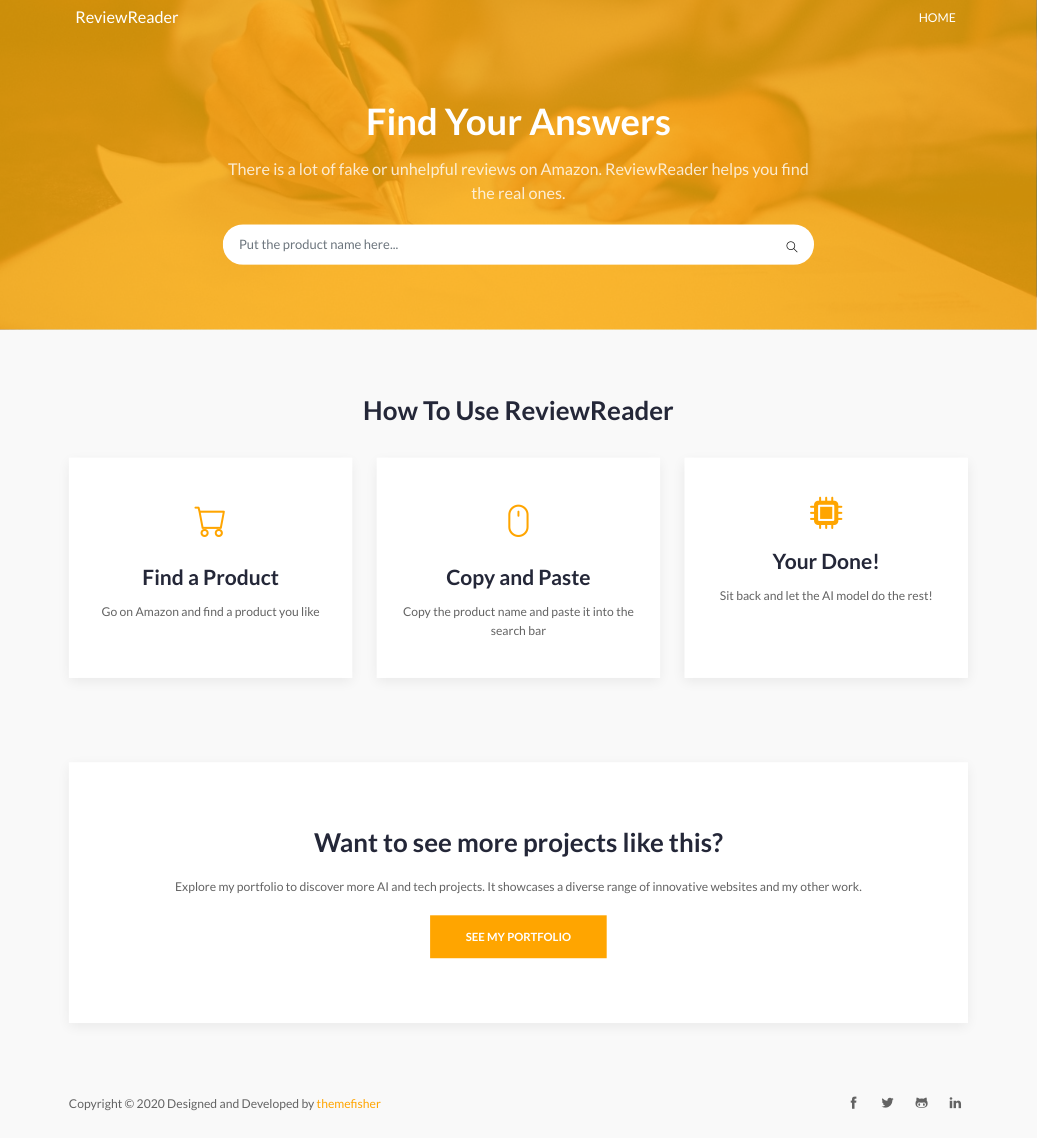
Repository: AlexThyCoolest/ReviewReader
Page: http://localhost/
These files come from the project's save history. The page is drawn as it stood at one moment and after the next save; the edit follows.
The browser window is 1280 px wide. The pictures show the whole page, at 81% of full size.
The page is served by the project's application, run on Flask 3 (main.py).

Above is the page before, as saved 2024-07-23 13:56:50.

### OYT/templates/index.html
<!DOCTYPE html>
<html lang="en-us">

<head>
    <meta charset="utf-8">
    <title>ReviewReader</title>
    <meta name="viewport" content="width=device-width, initial-scale=1, maximum-scale=1">

    <!-- theme meta -->
    <meta name="theme-name" content="dot" />

    <!-- ** CSS Plugins Needed for the Project ** -->

    <!-- Bootstrap -->
    <link rel="stylesheet" href="static/plugins/bootstrap/bootstrap.min.css">
    <!-- themefy-icon -->
    <link rel="stylesheet" href="static/plugins/themify-icons/themify-icons.css">
    <!--Favicon-->
    <link rel="icon" href="images/favicon.png" type="image/x-icon">
    <!-- fonts -->
    <link href="https://fonts.googleapis.com/css?family=Lato:300,400,700&display=swap" rel="stylesheet">
    <link rel="stylesheet" href="https://cdnjs.cloudflare.com/ajax/libs/font-awesome/6.0.0-beta3/css/all.min.css">
    <link rel="stylesheet" href="https://cdn.jsdelivr.net/npm/bootstrap-icons@1.11.3/font/bootstrap-icons.min.css">
    <!-- Main Stylesheet -->
    <link href="static/assets/style.css" rel="stylesheet" media="screen" />
    <style>
        :root {
            --primary-color: #FFA500;
            /* Yellow-Orange */
        }

        .btn-primary,
        .bg-primary {
            background-color: var(--primary-color) !important;
            border-color: var(--primary-color) !important;
        }

        .text-primary {
            color: var(--primary-color) !important;
        }
    </style>
</head>

<body>
    <!-- header -->
    <header class="banner overlay bg-cover" data-background="images/banner.jpg">
        <nav class="navbar navbar-expand-md navbar-dark p-50">
            <div class="container">
                <a class="navbar-brand px-2" href="/">ReviewReader</a>
                <button class="navbar-toggler border-0" type="button" data-toggle="collapse" data-target="#navigation"
                    aria-controls="navigation" aria-expanded="false" aria-label="Toggle navigation">
                    <span class="navbar-toggler-icon"></span>
                </button>

                <div class="collapse navbar-collapse text-center" id="navigation">
                    <ul class="navbar-nav ml-auto">
                        <li class="nav-item">
                            <a class="nav-link text-dark" href="/">Home</a>
                        </li>
                        </li>
                    </ul>
                </div>
            </div>
        </nav>
        <!-- banner -->
        <div class="container section">
            <div class="row">
                <div class="col-lg-8 text-center mx-auto">
                    <h1 class="text-white mb-3">Find Your Answers</h1>
                    <p class="text-white mb-4">There is a lot of fake or unhelpful reviews on Amazon. ReviewReader helps
                        you find the real ones.</p>
                    <div class="position-relative">
                        <form action="/loading" method="post">
                            <input id="product_name" name="product_name" type="text" class="form-control"
                                placeholder="Put the product name here...">
                            <button type="submit" class="search-icon p-0" style="background:white; border:none;"><i
                                    class="ti-search"></i></button>
                        </form>
                    </div>
                </div>
            </div>
        </div>
        <!-- /banner -->
    </header>
    <!-- /header -->

    <!-- topics -->
    <section class="section">
        <div class="container">
            <div class="row justify-content-center">
                <div class="col-12 text-center">
                    <h2 class="section-title">How To Use ReviewReader </h2>
                </div>
                <!-- topic-item -->
                <div class="col-lg-4 col-sm-6 mb-4">
                    <div class="px-4 py-5 bg-white shadow text-center d-block match-height" style="height: 100%;">
                        <i class="bi bi-cart icon text-primary d-block mb-4"></i>
                        <h3 class="mb-3 mt-0">Find a Product</h3>
                        <p class="mb-0">Go on Amazon and find a product you like</p>
                    </div>
                </div>
                <div class="col-lg-4 col-sm-6 mb-4">
                    <div class="px-4 py-5 bg-white shadow text-center d-block match-height" style="height: 100%;">
                        <i class="bi bi-mouse icon text-primary d-block mb-4"></i>
                        <h3 class="mb-3 mt-0">Copy and Paste</h3>
                        <p class="mb-0">Copy the product name and paste it into the search bar</p>
                    </div>
                </div>
                <div class="col-lg-4 col-sm-6 mb-4">
                    <div class="px-4 py-5 bg-white shadow text-center d-block match-height" style="height: 100%;">
                        <i class="fa-solid fa-microchip icon text-primary d-block mb-4"></i>
                        <h3 class="mb-3 mt-0">Your Done!</h3>
                        <p class="mb-0">Sit back and let the AI model do the rest!</p>
                    </div>
                </div>
            </div>
        </div>
    </section>
    <!-- /topics -->

    <!-- call to action -->
    <section>
        <div class="container">
            <div class="row">
                <div class="col-12">
                    <div class="section px-3 bg-white shadow text-center">
                        <h2 class="mb-4">Want to see more projects like this?</h2>
                        <p class="mb-4">Explore my portfolio to discover more AI and tech projects. It showcases a
                            diverse range of innovative websites and my other work.</p>
                        <a href="https:/alexagboola.com" class="btn btn-primary">See My Portfolio</a>
                    </div>
                </div>
            </div>
        </div>
    </section>
    <!-- /call to action -->

    <!-- footer -->
    <footer class="section pb-4">
        <div class="container">
            <div class="row align-items-center">
                <div class="col-md-8 text-md-left text-center">
                    <p class="mb-md-0 mb-4">Copyright © 2020 Designed and Developed by <a
                            href="https://themefisher.com/">themefisher</a></p>
                </div>
                <div class="col-md-4 text-md-right text-center">
                    <ul class="list-inline">
                        <li class="list-inline-item"><a class="text-color d-inline-block p-2" href="#"><i
                                    class="ti-facebook"></i></a></li>
                        <li class="list-inline-item"><a class="text-color d-inline-block p-2" href="#"><i
                                    class="ti-twitter-alt"></i></a></li>
                        <li class="list-inline-item"><a class="text-color d-inline-block p-2" href="#"><i
                                    class="ti-github"></i></a>
                        </li>
                        <li class="list-inline-item"><a class="text-color d-inline-block p-2" href="#"><i
                                    class="ti-linkedin"></i></a></li>
                    </ul>
                </div>
            </div>
        </div>
    </footer>
    <!-- /footer -->

    <!-- ** JS Plugins Needed for the Project ** -->
    <!-- jquiry -->
    <script src="static/plugins/jquery/jquery-1.12.4.js"></script>
    <!-- Bootstrap JS -->
    <script src="static/plugins/bootstrap/bootstrap.min.js"></script>
    <!-- match-height JS -->
    <script src="static/plugins/match-height/jquery.matchHeight-min.js"></script>
    <!-- Main Script -->
    <script src="assets/script.js"></script>
</body>

</html>

### OYT/static/assets/style.css
:root {
  --primary-color: #02007e;
  --body-color: #f9f9f9;
  --text-color: #636363;
  --text-color-dark: #242738;
  --white-color: #ffffff;
  --light-color: #f8f9fa;
  --font-family: Lato;
}

body {
  line-height: 1.5;
  font-family: var(--font-family), sans-serif;
  -webkit-font-smoothing: antialiased;
  font-size: 17px;
  color: var(--text-color);
  background-color: var(--body-color)
}

p {
  color: var(--text-color);
  font-size: 15px
}

h1,
h2,
h3,
h4,
h5,
h6 {
  color: var(--text-color-dark);
  font-family: var(--font-family), sans-serif;
  font-weight: 700;
  line-height: 1.2
}

h1,
.h1 {
  font-size: 45px
}

h2,
.h2 {
  font-size: 32px
}

h3,
.h3 {
  font-size: 26px
}

h4,
.h4 {
  font-size: 20px
}

h5,
.h5 {
  font-size: 18px
}

h6,
.h6 {
  font-size: 14px
}

.btn {
  font-size: 14px;
  font-family: var(--font-family), sans-serif;
  text-transform: uppercase;
  padding: 16px 44px;
  border-radius: 0;
  font-weight: 600;
  border: 0;
  position: relative;
  z-index: 1;
  transition: .2s ease
}

.btn:focus {
  outline: 0;
  box-shadow: none !important
}

.btn:active {
  box-shadow: none
}

.btn-primary {
  background: var(--primary-color);
  color: var(--white-color)
}

.btn-primary:active {
  background: var(--primary-color)
}

.btn-primary:hover {
  background: var(--primary-color)
}

.btn-primary:not(:disabled):not(.disabled).active,
.btn-primary:not(:disabled):not(.disabled):active,
.show>.btn-primary.dropdown-toggle {
  color: var(--white-color);
  background-color: var(--primary-color);
  border-color: var(--primary-color)
}

.inline-button {
  line-height: .8rem !important;
  padding: 5px 8px !important;
  pointer-events: none;
  margin-top: -5px
}

.overflow-hidden {
  overflow: hidden !important
}

::-moz-selection {
  background: var(--primary-color);
  color: var(--white-color)
}

::selection {
  background: var(--primary-color);
  color: var(--white-color)
}

.preloader {
  position: fixed;
  top: 0;
  left: 0;
  right: 0;
  bottom: 0;
  background-color: var(--white-color);
  z-index: 999;
  display: flex;
  align-items: center;
  justify-content: center
}

ul {
  list-style-type: none;
  margin: 0;
  padding-left: 0;
  font-size: 15px
}

ol {
  padding-left: 20px;
  font-size: 15px
}

img {
  vertical-align: middle;
  border: 0
}

a,
a:hover,
a:focus {
  text-decoration: none;
  color: var(--primary-color)
}

a:hover,
a:focus {
  color: var(--primary-color)
}

a,
button,
select {
  cursor: pointer;
  transition: .2s ease
}

a:focus,
button:focus,
select:focus {
  outline: 0
}

.slick-slide {
  outline: 0
}

.section {
  padding-top: 80px;
  padding-bottom: 80px
}

@media(max-width:768px) {
  .section {
    padding-top: 60px
  }
}

.section-sm {
  padding-top: 60px;
  padding-bottom: 60px
}

@media(max-width:768px) {
  .section-sm {
    padding-top: 40px
  }
}

.section-title {
  margin-bottom: 40px
}

.bg-cover {
  background-size: cover;
  background-position: 50%;
  background-repeat: no-repeat
}

.border-primary {
  border-color: #f2f2f2 !important
}

pre {
  padding: 20px
}

.overlay {
  position: relative
}

.overlay::before {
  position: absolute;
  content: '';
  height: 100%;
  width: 100%;
  top: 0;
  left: 0;
  background: var(--primary-color);
  opacity: .8
}

.outline-0 {
  outline: 0 !important
}

.d-unset {
  display: unset !important
}

.bg-primary {
  background: var(--primary-color) !important
}

.bg-white {
  background-color: var(--white-color) !important
}

.bg-light {
  background-color: var(--light-color) !important
}

.text-primary {
  color: var(--primary-color) !important
}

.text-color {
  color: var(--text-color) !important
}

.text-dark {
  color: var(--text-color-dark) !important
}

.text-white {
  color: var(--white-color) !important
}

.top-50 {
  top: 50px
}

.navbar {
  padding: 0
}

@media(max-width:768px) {
  .navbar {
    padding: 10px 0
  }
}

.navbar-brand img {
  max-width: 100px;
  margin-bottom: 0
}

.navbar .nav-item .nav-link {
  text-transform: uppercase;
  padding: 10px 15px !important;
  font-size: 15px
}

.navbar .dropdown:hover .dropdown-menu {
  visibility: visible;
  opacity: 1;
  -webkit-transform: scaleX(1);
  transform: scaleX(1)
}

.navbar .dropdown-menu {
  box-shadow: 0 3px 9px 0 rgba(0, 0, 0, .12);
  padding: 15px 0;
  border: 0;
  top: 40px;
  left: -35px;
  border-radius: 0;
  display: block;
  visibility: hidden;
  transition: .3s ease;
  opacity: 0;
  -webkit-transform: translateY(20px);
  transform: translateY(20px);
  background: var(--white-color)
}

@media(max-width:768px) {
  .navbar .dropdown-menu {
    display: none;
    opacity: 1;
    visibility: visible;
    -webkit-transform: translateY(0);
    transform: translateY(0);
    -webkit-transform-origin: unset;
    transform-origin: unset
  }
}

.navbar .dropdown-menu.view {
  visibility: visible !important;
  opacity: 1;
  -webkit-transform: translateY(0);
  transform: translateY(0);
  -webkit-transform-origin: top;
  transform-origin: top
}

@media(max-width:768px) {
  .navbar .dropdown-menu.view {
    display: block
  }
}

.navbar .dropdown-menu.show {
  visibility: hidden
}

@media(max-width:768px) {
  .navbar .dropdown-menu.show {
    visibility: visible;
    display: block
  }
}

.navbar .dropdown-item {
  position: relative;
  color: var(--text-color-dark);
  transition: .2s ease;
  font-family: var(--font-family), sans-serif
}

@media(max-width:768px) {
  .navbar .dropdown-item {
    text-align: center
  }
}

.navbar .dropdown-item:hover {
  color: var(--primary-color);
  background: 0 0
}

.lang-list {
  background: var(--primary-color);
  color: var(--white-color)
}

.lang-list.dark {
  color: var(--text-color-dark);
  background: var(--white-color)
}

.banner {
  overflow: hidden
}

.banner p {
  font-size: 20px;
  opacity: .8
}

.banner .nav-link.text-dark {
  color: var(--white-color) !important
}

.banner .nav-link.text-dark:hover {
  color: var(--white-color) !important
}

.banner .navbar-brand {
  color: var(--white-color) !important
}

#project-icon {
  float: left;
  height: 32px;
  width: 32px
}

#project-description {
  margin: 0;
  padding: 0
}

.ui-helper-hidden-accessible {
  display: none
}

.ui-menu {
  background: var(--white-color);
  padding: 5px 20px 20px;
  right: 0 !important;
  max-height: 200px;
  overflow: hidden;
  border-radius: 0 0 25px 25px;
  z-index: 9999;
  box-shadow: 0 13px 20px 0 rgba(0, 0, 0, .07)
}

@media(max-width:575px) {
  .ui-menu {
    width: calc(100% - 30px) !important
  }
}

@media(min-width:576px) {
  .ui-menu {
    max-width: 510px !important
  }
}

@media(min-width:768px) {
  .ui-menu {
    max-width: 690px !important
  }
}

@media(min-width:992px) {
  .ui-menu {
    max-width: 610px !important
  }
}

@media(min-width:1200px) {
  .ui-menu {
    max-width: 730px !important
  }
}

.ui-menu-item a {
  color: var(--text-color);
  padding: 8px 0;
  font-size: 15px
}

.ui-menu-item a:hover {
  color: var(--primary-color)
}

.ui-menu-item:not(:last-child) {
  border-bottom: 1px solid #e8e8e8
}

.ui-menu-item * {
  display: none
}

.ui-menu-item .ui-corner-all {
  display: block
}

.form-control {
  height: 50px;
  border-radius: 25px;
  border: 0;
  padding: 0 20px
}

.form-control:focus {
  border: 0;
  box-shadow: none !important
}

textarea.form-control {
  height: 150px;
  padding: 20px
}

.icon {
  font-size: 40px
}

.shadow {
  box-shadow: 0 5px 15px rgba(0, 0, 0, .07) !important;
  transition: .3s ease
}

.shadow-bottom {
  box-shadow: 0 1px 0 rgba(12, 13, 14, .1), 0 1px 6px rgba(59, 64, 69, .1)
}

.shadow:hover,
.shadow:focus {
  box-shadow: 0 14px 25px rgba(0, 0, 0, .1) !important
}

.content * {
  margin-bottom: 20px
}

.content img {
  max-width: 100%;
  height: auto;
  margin: 0 auto 15px;
  display: block;
  text-align: center
}

.content ul {
  padding-left: 0;
  margin-bottom: 20px
}

.content ul li {
  padding-left: 20px;
  position: relative
}

.content ul li::before {
  position: absolute;
  content: '';
  height: 8px;
  width: 8px;
  border-radius: 50%;
  background: var(--primary-color);
  opacity: .3;
  left: 0;
  top: 8px
}

.list-styled li {
  padding-left: 20px;
  position: relative
}

.list-styled li::before {
  position: absolute;
  content: '';
  height: 8px;
  width: 8px;
  border-radius: 50%;
  background: var(--primary-color);
  opacity: .3;
  left: 0;
  top: 17px
}

.post-meta {
  color: var(--text-color);
  font-style: italic;
  font-size: 14px
}

blockquote {
  font-size: 20px !important;
  color: var(--text-color-dark);
  padding: 20px 40px;
  border-left: 2px solid var(--primary-color);
  margin: 40px 0;
  font-weight: 700;
  background: var(--light-color)
}

blockquote p {
  margin-bottom: 0 !important
}

.pagination {
  justify-content: space-between
}

.pagination a {
  color: var(--primary-color)
}

.pagination i {
  font-size: 15px;
  line-height: 1.8
}

#accordion i {
  font-size: 14px;
  line-height: 2
}

table {
  text-align: left;
  width: 100%;
  max-width: 100%;
  margin-bottom: 1rem;
  border: 1px solid #dee2e6
}

table td,
table th {
  padding: .75rem;
  vertical-align: top;
  border: 1px solid #dee2e6;
  margin-bottom: 0
}

thead {
  background: #ececec;
  margin-bottom: 0
}

tbody {
  background: #f8f8f8;
  margin-bottom: 0
}

.notices {
  margin: 2rem 0;
  position: relative
}

.notices p {
  padding: 10px
}

.notices p::before {
  position: absolute;
  top: 2px;
  color: #fff;
  font-family: themify;
  font-weight: 900;
  content: "\e717";
  left: 10px
}

.notices.note p {
  border-top: 30px solid #6ab0de;
  background: #e7f2fa
}

.notices.note p::after {
  content: 'Note';
  position: absolute;
  top: 2px;
  color: #fff;
  left: 2rem
}

.notices.tip p {
  border-top: 30px solid #78c578;
  background: #e6f9e6
}

.notices.tip p::after {
  content: 'Tip';
  position: absolute;
  top: 2px;
  color: #fff;
  left: 2rem
}

.notices.info p {
  border-top: 30px solid #f0b37e;
  background: #fff2db
}

.notices.info p::after {
  content: 'Info';
  position: absolute;
  top: 2px;
  color: #fff;
  left: 2rem
}

.notices.warning p {
  border-top: 30px solid #e06f6c;
  background: #fae2e2
}

.notices.warning p::after {
  content: 'Warning';
  position: absolute;
  top: 2px;
  color: #fff;
  left: 2rem
}

.sidebar {
  background-color: var(--white-color);
  position: sticky;
  top: 50px;
  margin-bottom: 30px;
  padding: 40px 10px 20px
}

.sidelist {
  display: block
}

li.sidelist>a {
  margin-left: 20px;
  margin-bottom: 10px;
  display: block;
  font-size: 20px
}

li.sidelist li a {
  margin: 0
}

.sidelist li.sidelist {
  display: block
}

.sidelist li.sidelist.active a {
  color: var(--primary-color)
}

.sidelist li.sidelist.active::before {
  opacity: 1
}

.page-list li a {
  display: none
}

.page-list li ul a {
  display: block
}

.sidelist li a {
  color: var(--text-color-dark);
  display: block;
  font-size: 15px;
  font-weight: 500;
  padding: 10px 0;
  line-height: 1.4
}

p:empty,
p a:empty {
  display: none !important
}

pre {
  display: block;
  padding: 9.5px;
  margin: 10px 0
}

code {
  margin-bottom: 0 !important;
  font-size: 100%
}

.back-btn {
  position: relative
}

.back-btn::before {
  position: absolute;
  font-family: themify;
  content: "\e6bc";
  font-size: 25px;
  height: 30px;
  width: 40px;
  background-color: var(--white-color);
  color: inherit;
  text-align: right;
  z-index: 1;
  left: -5px;
  top: -5px
}

.ui-autocomplete-input {
  border-bottom: 1px solid #d4d4d4 !important
}

.ui-autocomplete-input.active {
  border-bottom-left-radius: 0;
  border-bottom-right-radius: 0
}

.search-icon {
  position: absolute;
  right: 20px;
  top: 18px;
  font-size: 14px
}

i {
  transition: .2s ease
}

a:hover i {
  color: var(--primary-color)
}

pre code::-webkit-scrollbar {
  height: 5px
}

pre code::-webkit-scrollbar-track {
  background: #000
}

pre code::-webkit-scrollbar-thumb {
  background: #888
}

.code-tabs {
  border: 1px solid #dee2e6;
  overflow: hidden;
  margin: 20px 0
}

.code-tabs .tab-content {
  padding: 20px 15px;
  margin-bottom: 0
}

.code-tabs .tab-content .tab-pane {
  margin-bottom: 0
}

.code-tabs .nav-tabs {
  margin-bottom: 0
}

.code-tabs .nav-tabs .nav-item {
  padding-left: 0;
  border-right: 1px solid #dee2e6
}

.code-tabs .nav-tabs .nav-item .nav-link {
  text-decoration: none;
  font-weight: 500;
  border: 0;
  margin-bottom: 0
}

.code-tabs .nav-tabs .nav-item::before {
  display: none
}

.code-tabs .nav-tabs .nav-item.active {
  background: var(--primary-color)
}

.code-tabs .nav-tabs .nav-item.active .nav-link {
  color: var(--white-color)
}

Loaded but not shown: OYT/static/plugins/bootstrap/bootstrap.min.css (library); OYT/static/plugins/themify-icons/themify-icons.css (library); OYT/static/plugins/jquery/jquery-1.12.4.js (library); OYT/static/plugins/bootstrap/bootstrap.min.js (library); OYT/static/plugins/match-height/jquery.matchHeight-min.js (library); OYT/static/assets/script.js (26 lines, source omitted); OYT/main.py (274 lines, source omitted)

After the next save:
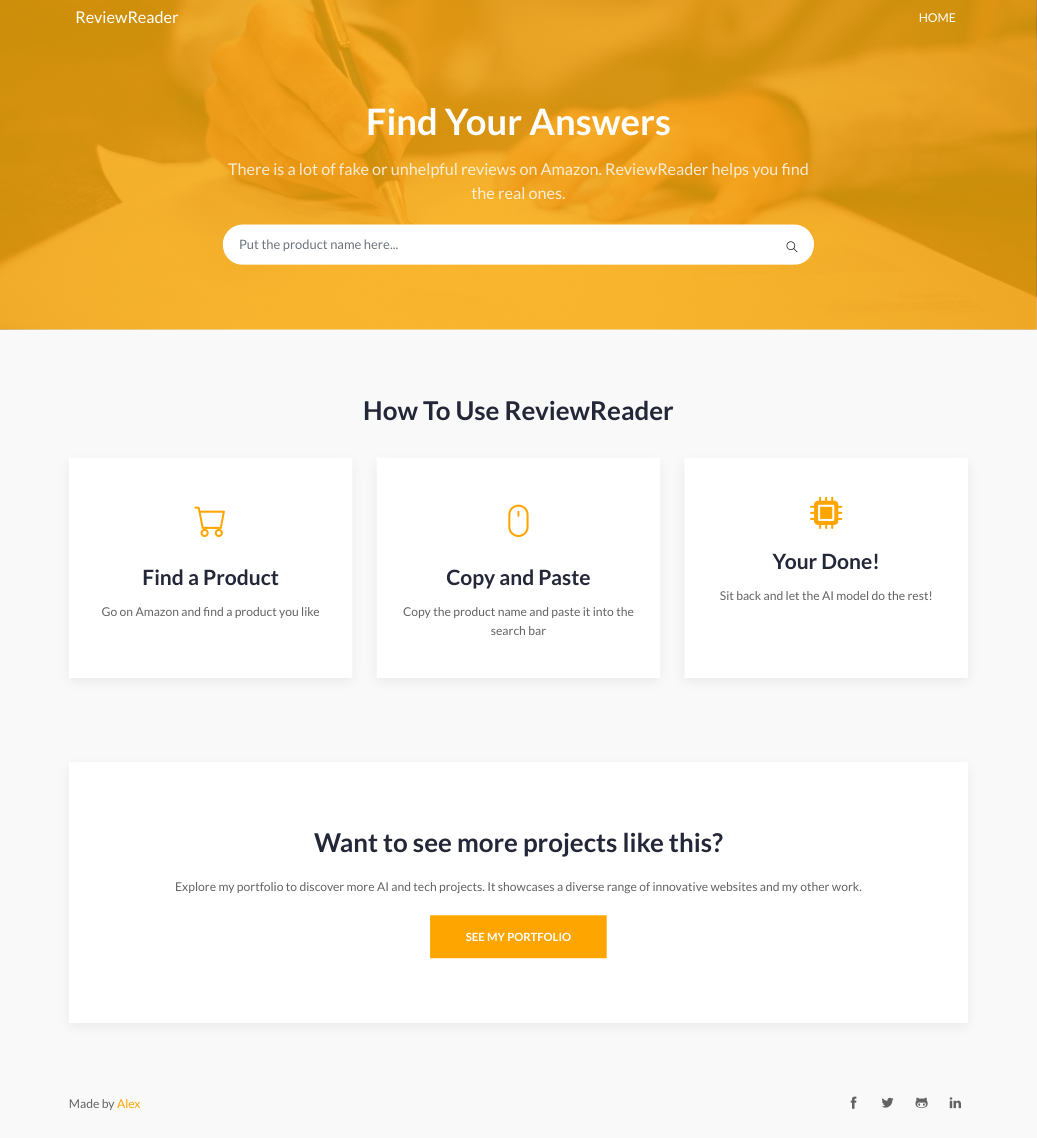
Saved 3 min 57 s later.
--- a/OYT/templates/index.html
+++ b/OYT/templates/index.html
@@ -140,8 +140,7 @@
         <div class="container">
             <div class="row align-items-center">
                 <div class="col-md-8 text-md-left text-center">
-                    <p class="mb-md-0 mb-4">Copyright © 2020 Designed and Developed by <a
-                            href="https://themefisher.com/">themefisher</a></p>
+                    <p class="mb-md-0 mb-4">Made by <a href="https://alexagboola.com/" id="credits">Alex</a></p>
                 </div>
                 <div class="col-md-4 text-md-right text-center">
                     <ul class="list-inline">
